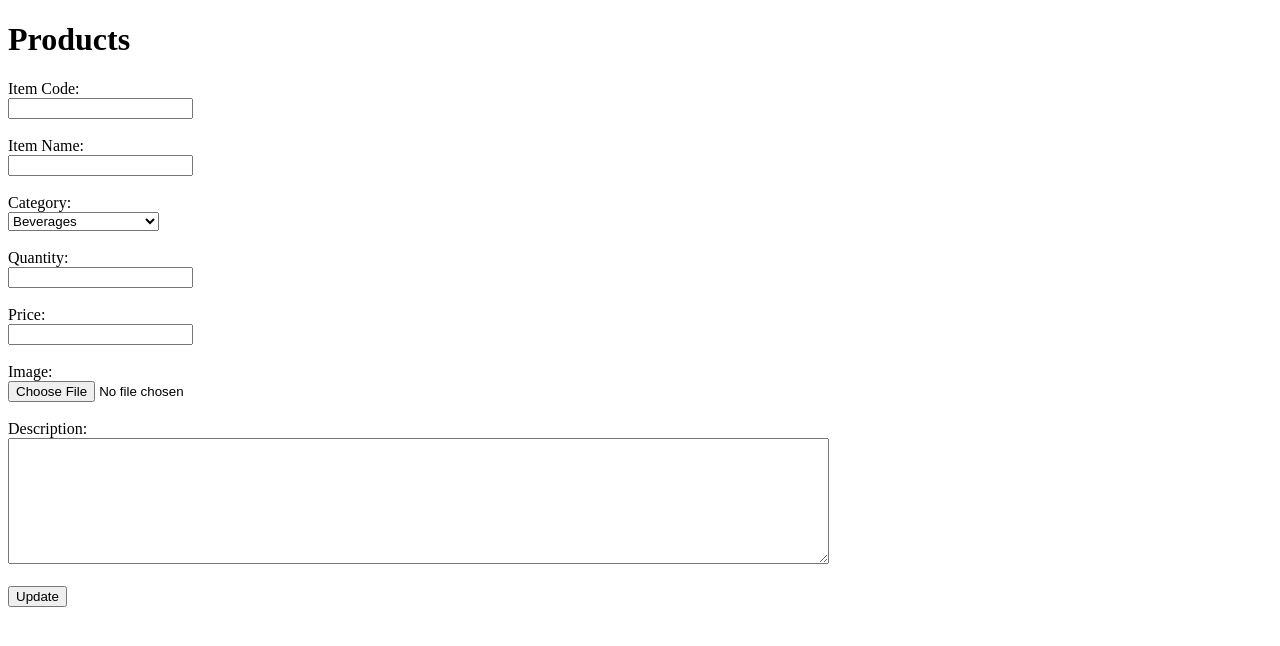
Repository: shanika2002/FreshCraze
Page: http://localhost/itemDem/product.jsp
The author's editor kept a copy of each file at every save. The page is drawn from the files as they stood at one save, then again after the next save.
The browser window is 1280 px wide. The pictures show the whole page.
The page is served by Tomcat 9.

Above is the page before, as saved 2024-05-10 03:38:28.

After the next save:
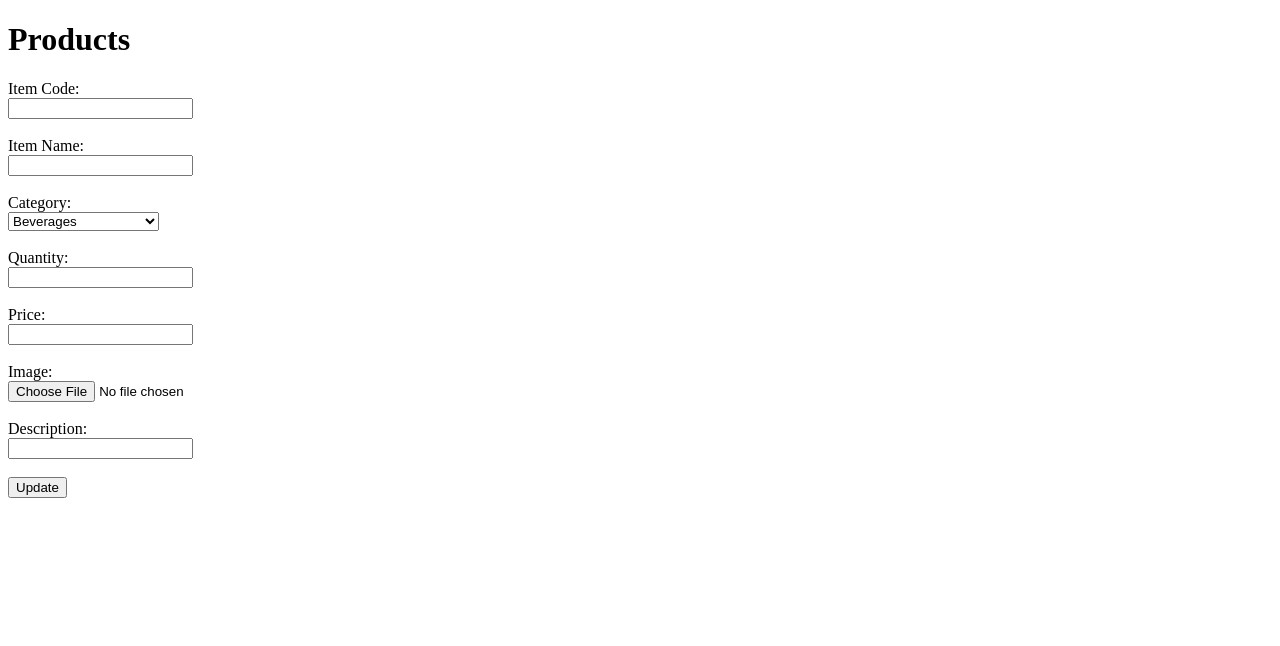
Saved 41 s later.
--- a/itemDem/src/main/webapp/product.jsp
+++ b/itemDem/src/main/webapp/product.jsp
@@ -44,7 +44,7 @@
         <input type="file" id="image" name="image" accept="images/*" required value="${item.image }"><br><br>
 
         <label for="description">Description:</label><br>
-        <textarea id="description" name="description" rows="8" cols="100" required value="${item.description }"></textarea><br><br>
+        <input id="description" name="description"  required value="${item.description }"><br><br>
 
        <form action="updateItem.jsp" method= "post">
        <input type="hidden" name="itemCode" value="${item.itemCode }">
